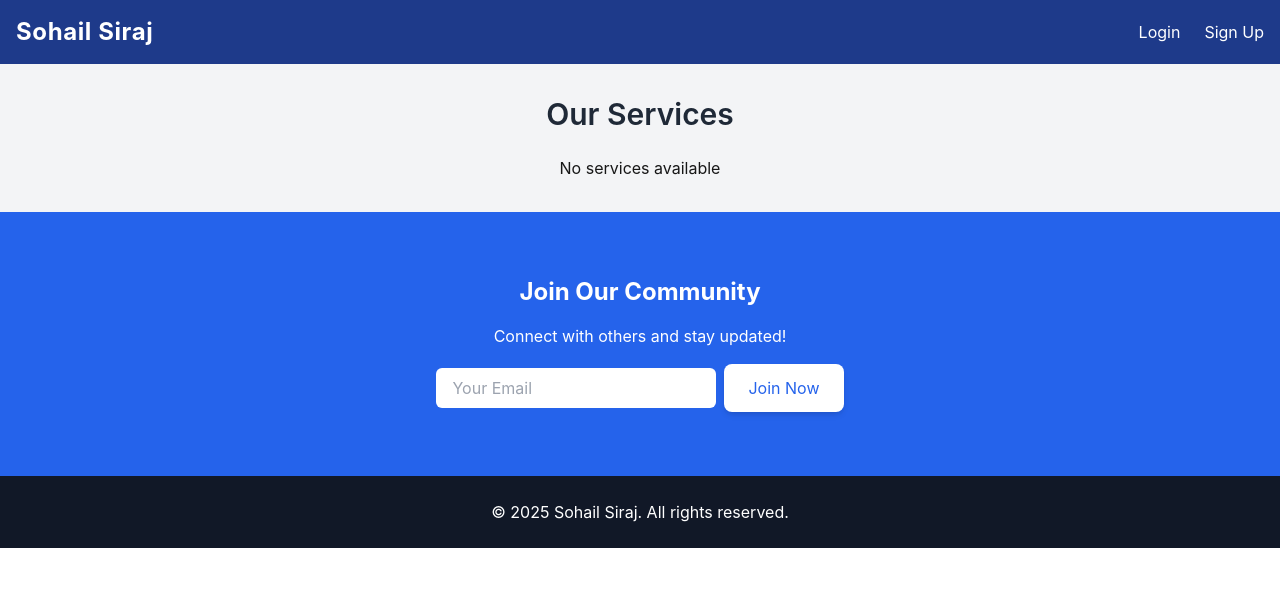
Repository: asadhaye/ss-tax
Page: /
These files come from the project's save history. The page is drawn as it stood at one moment and after the next save; the edit follows.
The browser window is 1280 px wide. The pictures show the whole page.
The project was rebuilt for these pictures with package versions that can differ from the ones it lists, and the page was loaded fresh each time. The framework's server and built-in components were replaced by stand-ins that run in the browser. Also part of the build but not shown: next.config.mjs.

Above is the page before, as saved 2025-05-25 18:04:35.

After the next save:
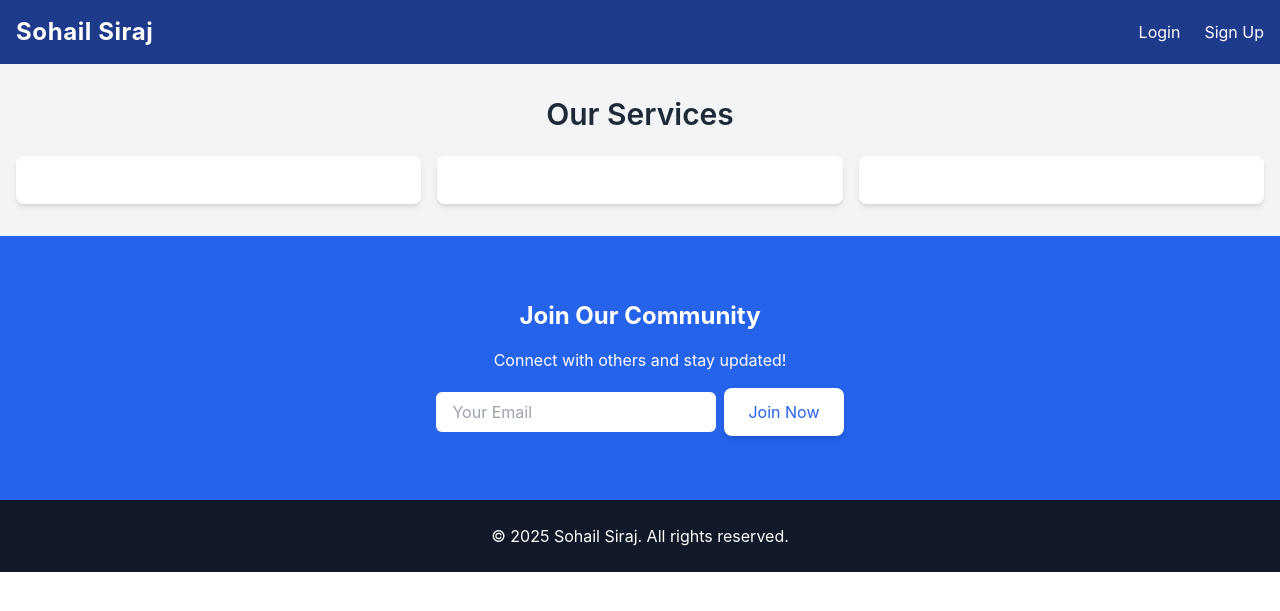
Saved 2 min 26 s later.
--- a/app/lib/data.ts
+++ b/app/lib/data.ts
@@ -15,9 +15,35 @@ export async function deleteUser(userId: string): Promise<void> {
   throw new Error('User deletion not implemented');
 }
 
+export interface Service {
+  id: string;
+  title: string;
+  description: string;
+  icon?: string;
+}
+
 export async function getServices(): Promise<Service[]> {
-  // Placeholder: Implement Azure Cosmos DB or similar retrieval
-  throw new Error('Service retrieval not implemented');
+  // TODO: Replace with actual API call when backend is ready
+  return [
+    {
+      id: '1',
+      title: 'Tax Planning',
+      description: 'Strategic tax planning and optimization for individuals and businesses',
+      icon: 'calculator'
+    },
+    {
+      id: '2',
+      title: 'Tax Filing',
+      description: 'Professional tax return preparation and filing services',
+      icon: 'document'
+    },
+    {
+      id: '3',
+      title: 'Business Advisory',
+      description: 'Expert financial and tax advisory services for businesses',
+      icon: 'briefcase'
+    }
+  ];
 }
 
 export async function saveCommunitySignup(email: string, timestamp: Date): Promise<void> {
